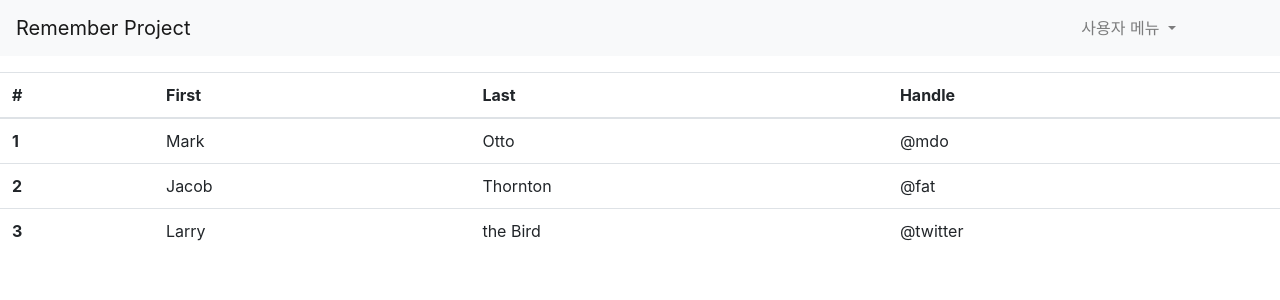
Repository: Park-YongHyun/workspace-sts-3.9.9.RELEASE
Page: http://localhost/ProjectRemembrance/WEB-INF/views/word/wordtable.jsp
An editor plug-in stored every save of this project. The page is shown before and after the next save, followed by the edit.
The browser window is 1280 px wide. The pictures show the whole page.
The page is served by Tomcat 9. Nobody is signed in. Other server files are loaded and not shown. The template is opened directly, without the code that normally fills it, so the values that code supplies are empty.

Above is the page before, as saved 2019-08-26 11:56:45.

### ProjectRemembrance/src/main/webapp/WEB-INF/views/word/wordtable.jsp
<%@ page language="java" contentType="text/html; charset=UTF-8"%>
<%@ taglib uri="http://java.sun.com/jsp/jstl/core" prefix="c"%>
<%@ taglib uri="http://www.springframework.org/tags/form" prefix="form"%>
<%@ page session="true" pageEncoding="UTF-8"%>
<html>
<head>
<jsp:include page="../bootstrap.jsp"></jsp:include>
<title>word table</title>
</head>
<body>
	<jsp:include page="../navigation.jsp"></jsp:include>

	<table class="table">
  <thead>
    <tr>
      <th scope="col">#</th>
      <th scope="col">First</th>
      <th scope="col">Last</th>
      <th scope="col">Handle</th>
    </tr>
  </thead>
  <tbody>
    <tr>
      <th scope="row">1</th>
      <td>Mark</td>
      <td>Otto</td>
      <td>@mdo</td>
    </tr>
    <tr>
      <th scope="row">2</th>
      <td>Jacob</td>
      <td>Thornton</td>
      <td>@fat</td>
    </tr>
    <tr>
      <th scope="row">3</th>
      <td>Larry</td>
      <td>the Bird</td>
      <td>@twitter</td>
    </tr>
  </tbody>
</table>


</body>
</html>

### ProjectRemembrance/src/main/webapp/WEB-INF/views/bootstrap.jsp
<link rel="stylesheet" href="https://stackpath.bootstrapcdn.com/bootstrap/4.3.1/css/bootstrap.min.css" integrity="sha384-ggOyR0iXCbMQv3Xipma34MD+dH/1fQ784/j6cY/iJTQUOhcWr7x9JvoRxT2MZw1T" crossorigin="anonymous">
<script src="https://code.jquery.com/jquery-3.3.1.slim.min.js" integrity="sha384-q8i/X+965DzO0rT7abK41JStQIAqVgRVzpbzo5smXKp4YfRvH+8abtTE1Pi6jizo" crossorigin="anonymous"></script>
<script src="https://cdnjs.cloudflare.com/ajax/libs/popper.js/1.14.7/umd/popper.min.js" integrity="sha384-UO2eT0CpHqdSJQ6hJty5KVphtPhzWj9WO1clHTMGa3JDZwrnQq4sF86dIHNDz0W1" crossorigin="anonymous"></script>
<script src="https://stackpath.bootstrapcdn.com/bootstrap/4.3.1/js/bootstrap.min.js" integrity="sha384-JjSmVgyd0p3pXB1rRibZUAYoIIy6OrQ6VrjIEaFf/nJGzIxFDsf4x0xIM+B07jRM" crossorigin="anonymous"></script>

### ProjectRemembrance/src/main/webapp/WEB-INF/views/navigation.jsp
<%@ page language="java" contentType="text/html; charset=UTF-8"%>
<%@ taglib uri="http://java.sun.com/jsp/jstl/core" prefix="c"%>
<%@ taglib uri="http://www.springframework.org/tags/form" prefix="form"%>
<%@ page session="true" pageEncoding="UTF-8"%>

<nav class="navbar navbar-expand-lg navbar-light bg-light">
		<a class="navbar-brand" href="/remember/main.do">Remember Project</a>
		<button class="navbar-toggler" type="button" data-toggle="collapse"
			data-target="#navbarSupportedContent"
			aria-controls="navbarSupportedContent" aria-expanded="false"
			aria-label="Toggle navigation">
			<span class="navbar-toggler-icon"></span>
		</button>

		<div class="collapse navbar-collapse" id="navbarSupportedContent">
			<ul class="navbar-nav mr-auto">
			</ul>

			<div class="form-inline my-2 my-lg-0" style="margin-right:80px">
				<ul class="navbar-nav mr-auto">
					<li class="nav-item dropdown">
					<a class="nav-link dropdown-toggle" href="#" id="navbarDropdown"
						role="button" data-toggle="dropdown" aria-haspopup="true"
						aria-expanded="false"> 사용자 메뉴 </a>
						<div class="dropdown-menu" aria-labelledby="navbarDropdown">
						<c:if test="${sessionScope.login_check ne null }">
							<a class="dropdown-item" href="/remember/word/wordstart.do">학습 시작</a>
							<a class="dropdown-item" href="/remember/word/wordcard.do">단어장 관리</a>
							<div class="dropdown-divider"></div>
							<a class="dropdown-item" href="/remember/logout.do">로그 아웃</a>
							<a class="dropdown-item" href="/remember/user/userUpdate.do">사용자 정보 수정</a>
							<a class="dropdown-item" href="/remember/user/userDelete.do">사용자 삭제</a>
						</c:if>
						<c:if test="${sessionScope.login_check eq null }">
							<a class="dropdown-item" href="/remember/login.do">로그인</a>
							<a class="dropdown-item" href="/remember/register.do">사용자 등록</a>
						</c:if>
						</div></li>
				</ul>
			</div>
		</div>
	</nav>
	<p>
	</p>

After the next save:
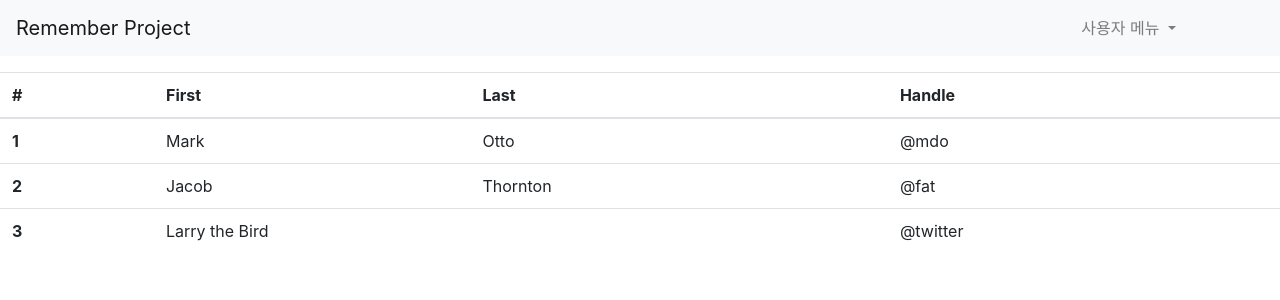
Saved 5 min 20 s later.
--- a/ProjectRemembrance/src/main/webapp/WEB-INF/views/word/wordtable.jsp
+++ b/ProjectRemembrance/src/main/webapp/WEB-INF/views/word/wordtable.jsp
@@ -10,7 +10,7 @@
 <body>
 	<jsp:include page="../navigation.jsp"></jsp:include>
 
-	<table class="table">
+<table class="table table-hover">
   <thead>
     <tr>
       <th scope="col">#</th>
@@ -34,8 +34,7 @@
     </tr>
     <tr>
       <th scope="row">3</th>
-      <td>Larry</td>
-      <td>the Bird</td>
+      <td colspan="2">Larry the Bird</td>
       <td>@twitter</td>
     </tr>
   </tbody>
